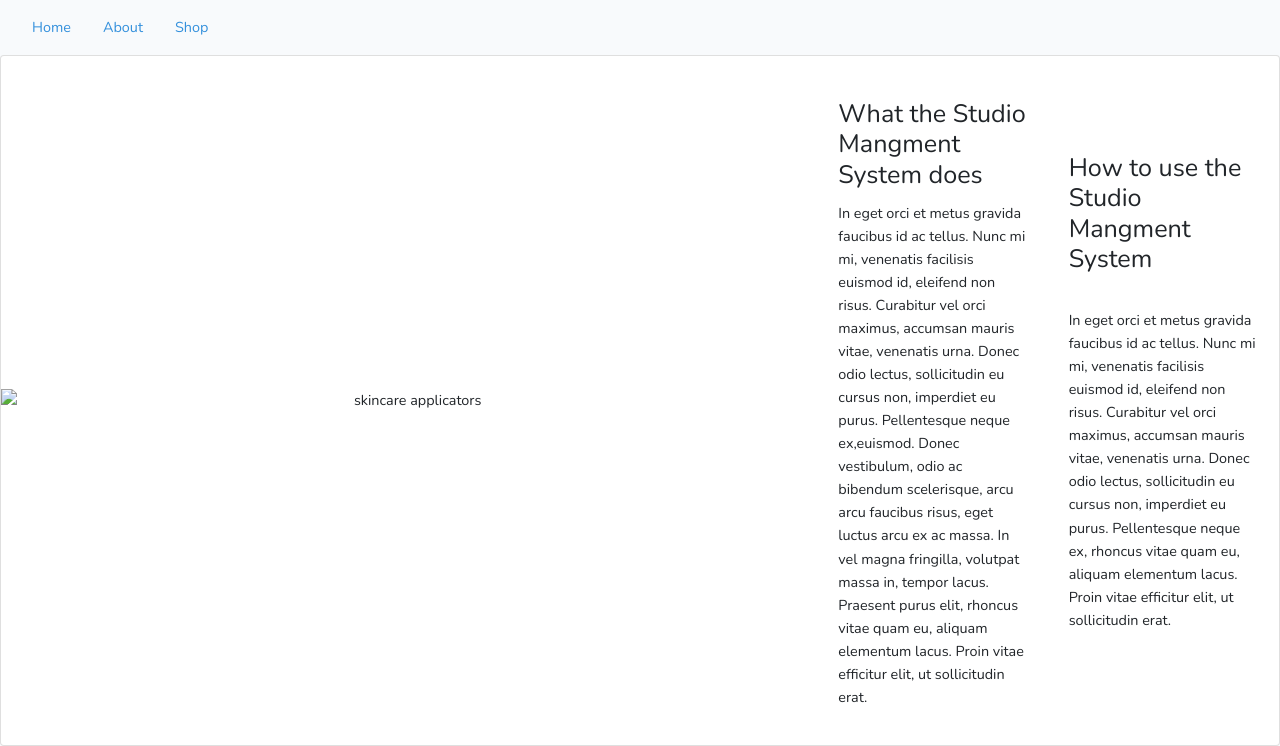
Repository: littae2/simplicite
Page: http://localhost/shop
These files come from the project's save history. The page is drawn as it stood at one moment and after the next save; the edit follows.
The browser window is 1280 px wide. The pictures show the whole page.
Some web libraries are served in a nearby version. The page is served by the project's Laravel application, run on PHP 8.4 with Laravel 8.

Above is the page before, as saved 2021-08-13 14:32:14.

After the next save:
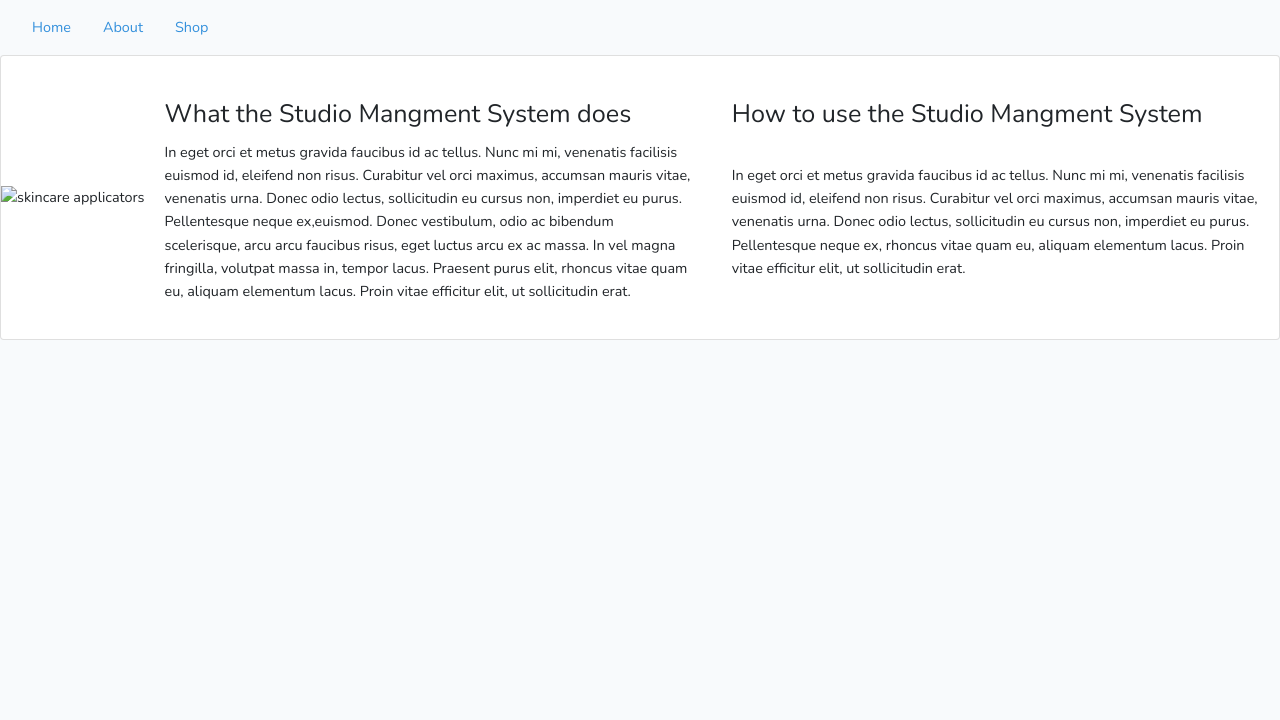
Saved 11 s later.
--- a/Project/public/css/simplicite.css
+++ b/Project/public/css/simplicite.css
@@ -1,5 +1,5 @@
 .headerImg {
-    width: 1200px;
+    width: -moz-available;
 
   background-position-y: 80%;
   background-size: cover; /* or contain depending on what you want */
